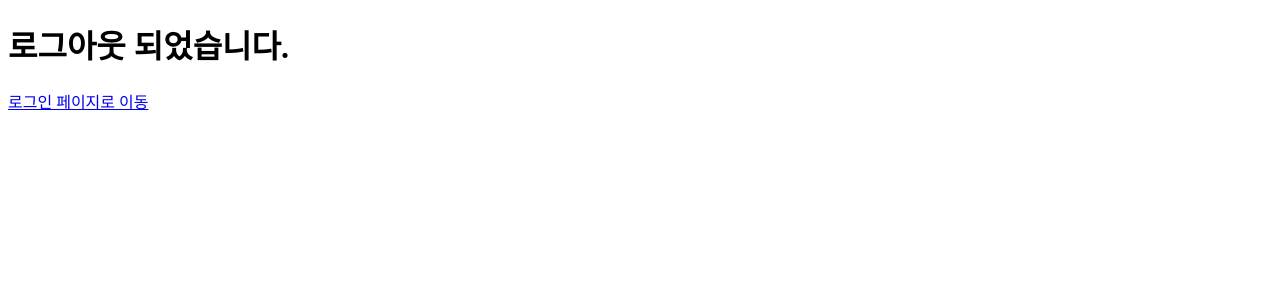
Repository: minimelody/servlet
Page: http://localhost/web1/views/member/logout.jsp
These files come from the project's save history. The page is drawn as it stood at one moment and after the next save; the edit follows.
The browser window is 1280 px wide. The pictures show the whole page.
The page is served by Tomcat 9.

Above is the page before, as saved 2018-05-21 05:48:35.

After the next save:
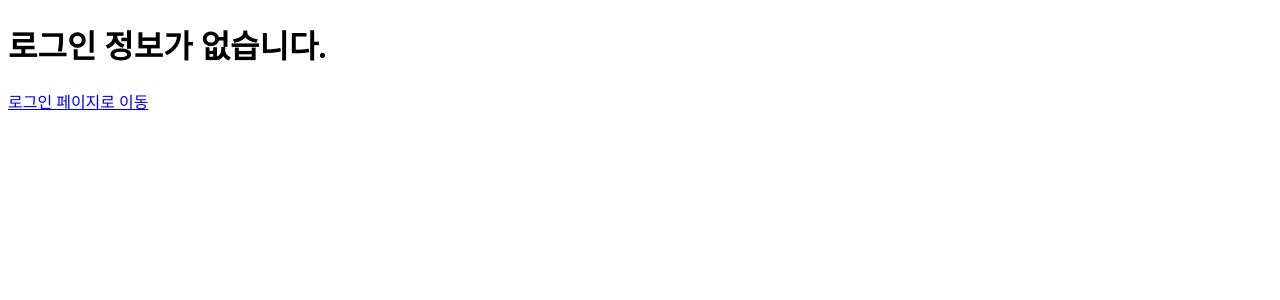
Saved 102 s later.
--- a/webworkspace2/web1/WebContent/views/member/logout.jsp
+++ b/webworkspace2/web1/WebContent/views/member/logout.jsp
@@ -1,5 +1,5 @@
 <%@ page language="java" contentType="text/html; charset=UTF-8"
-    pageEncoding="UTF-8"%>
+    pageEncoding="UTF-8" import="member.model.vo.*" %>
 <!DOCTYPE html PUBLIC "-//W3C//DTD HTML 4.01 Transitional//EN" "http://www.w3.org/TR/html4/loose.dtd">
 <html>
 <head>
@@ -8,7 +8,7 @@
 </head>
 <body>
 <%
-	if(session != null){
+	if((Member)session.getAttribute("user")!=null){
 		session.invalidate();
 %>
 <h1>로그아웃 되었습니다.</h1>
